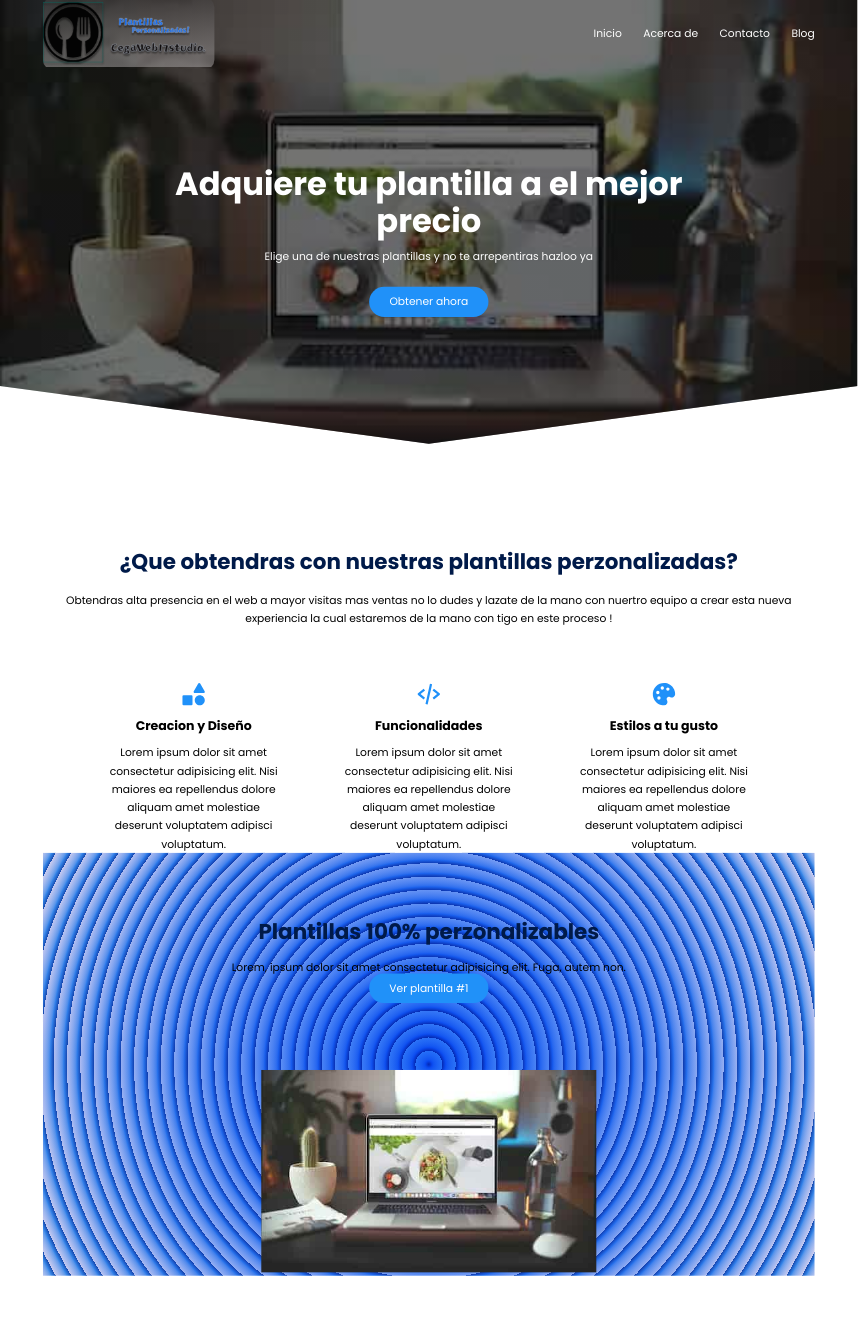
Repository: cega17/una-pagina-web
Page: index.html
These files come from the project's save history. The page is drawn as it stood at one moment and after the next save; the edit follows.
The browser window is 1280 px wide. The pictures show the whole page, at 67% of full size.

Above is the page before, as saved 2023-10-30 00:08:11.

### index.html
<!DOCTYPE html>
<html lang="en">
<head>
    <meta charset="UTF-8">
    <meta http-equiv="X-UA-Compatible" content="IE=edge">
    <meta name="viewport" content="width=device-width, initial-scale=1.0">
    <title>Una pagina web</title>
    <link rel="stylesheet" href="./css/normalize.css">
    <link rel="stylesheet" href="./css/styles.css">
    <link rel="icon" href="./imgs/logo.ico">
    <meta name="theme-color" content="#2091F9">

    <meta name="title" content="Obten la plantilla para tu negocio">
    <meta name="description"
        content="Hola, somos un equipo de desarrollo web que verás cuando busques algo de mi temática en Google.">
        <meta property="og:type" content="website">
    <meta property="og:url" content="Tu cueta donde este alojada la pagina web">

</head>
<body>

    <header class="hero">
        <nav class="nav container">
            <div class="nav__logo">
                <img src="./imgs/logo.ico" alt="" class="nav__title">
            </div>

            <ul class="nav__link nav__link--menu">
                <li class="nav__items">Inicio</li>
                <li class="nav__items">Acerca de</li>
                <li class="nav__items">Contacto</li>
                <li class="nav__items">Blog</li>

                <img src="./imgs/close.svg" alt="" class="nav__close">

            </ul>
            <div class="nav__menu">
                <img src="./imgs/menu.svg" alt="" class="nav__img">
            </div>
        </nav>

        <section class="hero__container container">
            <h1 class="hero__title">Adquiere tu plantilla a el mejor precio</h1>
            <p class="hero__paragraph">Elige una de nuestras plantillas y no te arrepentiras hazloo ya</p>
            <a href="#" class="cta">Obtener ahora</a>

        </section>

    </header>

    <main>

        <section class="container about">
            <h2 class="subtitle">¿Que obtendras con nuestras plantillas perzonalizadas?</h2>

            <p class="about__paragraph">Obtendras alta presencia en el web a mayor visitas mas ventas no lo dudes y lazate de la mano con nuertro equipo a crear esta nueva experiencia la cual estaremos de la mano con tigo en este proceso !
            </p>

            <div class="about__main">

                <article class="about__icons">
                    <img src="./imgs/shapes.svg" alt="" class="about__icon">
                    <h3 class="about__title">Creacion y Diseño</h3>
                    <p class="about__paragraph">Lorem ipsum dolor sit amet consectetur adipisicing elit. Nisi maiores ea repellendus dolore aliquam amet molestiae deserunt voluptatem adipisci voluptatum.</p>
                </article>

                <article class="about__icons">
                    <img src="./imgs/code.svg" alt="" class="about__icon">
                    <h3 class="about__title">Funcionalidades</h3>
                    <p class="about__paragraph">Lorem ipsum dolor sit amet consectetur adipisicing elit. Nisi maiores ea repellendus dolore aliquam amet molestiae deserunt voluptatem adipisci voluptatum.</p>
                </article>

                <article class="about__icons">
                    <img src="./imgs/paint.svg" alt="" class="about__icon">
                    <h3 class="about__title">Estilos a tu gusto </h3>
                    <p class="about__paragraph">Lorem ipsum dolor sit amet consectetur adipisicing elit. Nisi maiores ea repellendus dolore aliquam amet molestiae deserunt voluptatem adipisci voluptatum.</p>
                </article>

            </div>

            <section class="knowledge">
                <div class="knowledge__container container">
                    <div class="knowledge__texts">
                        <h2 class="subtitle">Plantillas 100% perzonalizables</h2>
                        <p class="knowledge__paragraph">Lorem, ipsum dolor sit amet consectetur adipisicing elit. Fuga, autem non.</p>
                        <a href="" class="cta">Ver plantilla #1</a>
                    </div>
                </div>
                <figure class="knowledge__picture">
                    <img src="./imgs/fondo-una-pagina.jpg" class="knowledge__img" alt="">

                </figure>
            </section>
        </section>
    </main>

</body>
</html>

### css/styles.css
@import url('https://fonts.googleapis.com/css2?family=Poppins:wght@300;400;600;700&display=swap');

:root {
    --padding-container: 100px 0;
    --color-title: #001A49;
}

body {
    font-family: 'Poppins', sans-serif;
}
.container{
    width: 90%;
    max-width: 1200px;
    margin: 0 auto;
    overflow: hidden;
    padding: var(--padding-container);
}

.hero{

    width: 100%;
    height: 100vh;
    min-height: 600px;
    max-height: 800px;
    position: relative;
    display: grid;
    grid-template-rows: 100px 1fr;
    color: #fff;
}

.hero::before{
    content: "";
    position: absolute;
    top: 0;
    left: 0;
    width: 100%;
    height: 100%;
    background-image: linear-gradient(180deg, #0000008c 0%, #0000008c 100%), url('../imgs/fondo-una-pagina.jpg');
    background-size: cover;
    clip-path: polygon(0 0, 100% 0, 100% 80%, 50% 92%, 0 80%);
    z-index: -1;
}

/* Inicio de nav*/

.nav{
    --padding-container:0;
    height: 100%;
    display:flex;
    align-items: center;
}
.nav__title{
    font-weight: 300;
}

.nav__link{
    margin-left: auto;
    padding: 0;
    display: grid;
    grid-auto-flow: column;
    grid-auto-columns: max-content;
    gap: 2em;
}
.nav__items{
    list-style: none;
}
.nav__links{
    color:#fff;
    text-decoration: none;
}
.nav__menu{
    margin-left: auto;
    cursor: pointer;
    display:none;
}
.nav__img{
    display: block;
    width: 30px;
}
.nav__close{
    display: var(--show, none);
}

/* fin de nav */

/* Inicio hero container */

.hero__container{
    max-width: 800px;
    --padding-container:0;
    display: grid;
    grid-auto-rows: max-content;
    align-content: center;
    gap: 1em;
    padding-bottom: 100px;
    text-align: center;
}
.nav__logo{
    background:linear-gradient(180deg, #4441418c 0%, #aeaaaa84 100%);
    border-radius:15px;


}
.hero__title{
    font-size: 3rem;

}
.hero__paragraph{
    margin-bottom: 20px;

}
.cta{
    display: inline-block;
    background-color: #2091f9;
    justify-self: center;
    color:#fff;
    text-decoration: none;
    padding:13px 30px ;
    border-radius: 32px;
}

/* Inicio about */

.about{
    text-align: center;
}
.subtitle{
    color: var( --color-title);
    font-size: 2rem;
    margin-bottom: 25px;
}
.about__paragraph{
    line-height: 1.7;
}
.about__main{
    padding-top: 80px;
    display: grid;
    width: 90%;
    margin: 0 auto;
    gap: 1em;
    overflow: hidden;
    grid-template-columns: repeat(auto-fit, minmax(260px, auto));
}
.about__icons{
    display: grid;
    gap: 1em;
    justify-items: center;
    width: 260px;
    overflow: hidden;
    margin: 0 auto;
}
.about__icon{
    width: 40px;
}

/* Fin about */

/* Inicio knowledge */

.knowledge{
    background-color: #e5e5f7;
    background-image: radial-gradient(circle at center center, #2478ff, #e5e5f7), repeating-radial-gradient(circle at center center, #1e5fba, #44a9f7, 10px, transparent 20px, transparent 10px);
    background-blend-mode: multiply;
    overflow: hidden;
}

### imgs/close.svg
<svg xmlns="http://www.w3.org/2000/svg" width="24" height="24" viewBox="0 0 24 24" style="fill: #fff);transform: ;msFilter:;"><path d="M12 2C6.486 2 2 6.486 2 12s4.486 10 10 10 10-4.486 10-10S17.514 2 12 2zm4.207 12.793-1.414 1.414L12 13.414l-2.793 2.793-1.414-1.414L10.586 12 7.793 9.207l1.414-1.414L12 10.586l2.793-2.793 1.414 1.414L13.414 12l2.793 2.793z"></path></svg>

### imgs/menu.svg
<svg xmlns="http://www.w3.org/2000/svg" width="24" height="24" viewBox="0 0 24 24" style="fill: #fff);transform: ;msFilter:;"><path d="M4 6h16v2H4zm4 5h12v2H8zm5 5h7v2h-7z"></path></svg>

### imgs/shapes.svg
<svg xmlns="http://www.w3.org/2000/svg" width="24" height="24" viewBox="0 0 24 24" style="fill: #2091f9;transform: ;msFilter:;"><path d="M17.867 2.504c-.355-.624-1.381-.623-1.736 0l-3.999 7A1 1 0 0 0 13 11h8a1.001 1.001 0 0 0 .868-1.496l-4.001-7zM3 22h7a1 1 0 0 0 1-1v-7a1 1 0 0 0-1-1H3a1 1 0 0 0-1 1v7a1 1 0 0 0 1 1zm14.5-9c-2.481 0-4.5 2.019-4.5 4.5s2.019 4.5 4.5 4.5 4.5-2.019 4.5-4.5-2.019-4.5-4.5-4.5z"></path></svg>

### imgs/code.svg
<svg xmlns="http://www.w3.org/2000/svg" width="24" height="24" viewBox="0 0 24 24" style="fill:  #2091f9;transform: ;msFilter:;"><path d="m7.375 16.781 1.25-1.562L4.601 12l4.024-3.219-1.25-1.562-5 4a1 1 0 0 0 0 1.562l5 4zm9.25-9.562-1.25 1.562L19.399 12l-4.024 3.219 1.25 1.562 5-4a1 1 0 0 0 0-1.562l-5-4zm-1.649-4.003-4 18-1.953-.434 4-18z"></path></svg>

### imgs/paint.svg
<svg xmlns="http://www.w3.org/2000/svg" width="24" height="24" viewBox="0 0 24 24" style="fill:  #2091f9;transform: ;msFilter:;"><path d="M9.38 21.646A9.985 9.985 0 0 0 12 22l.141-.001a2.998 2.998 0 0 0 2.515-1.425c.542-.876.6-1.953.153-2.88l-.198-.415c-.453-.942-.097-1.796.388-2.281.485-.485 1.341-.841 2.28-.388h.001l.413.199a2.99 2.99 0 0 0 2.881-.153A2.997 2.997 0 0 0 22 12.141a9.926 9.926 0 0 0-.353-2.76c-1.038-3.827-4.353-6.754-8.246-7.285-3.149-.427-6.241.602-8.471 2.833S1.666 10.247 2.096 13.4c.53 3.894 3.458 7.208 7.284 8.246zM15.5 6a1.5 1.5 0 1 1 0 3 1.5 1.5 0 0 1 0-3zm-5-1a1.5 1.5 0 1 1 0 3 1.5 1.5 0 0 1 0-3zM9 15.506a1.5 1.5 0 1 1-3 0 1.5 1.5 0 0 1 3 0zm-2.5-6.5a1.5 1.5 0 1 1-.001 3.001A1.5 1.5 0 0 1 6.5 9.006z"></path></svg>

Loaded but not shown: css/normalize.css (library)

After the next save:
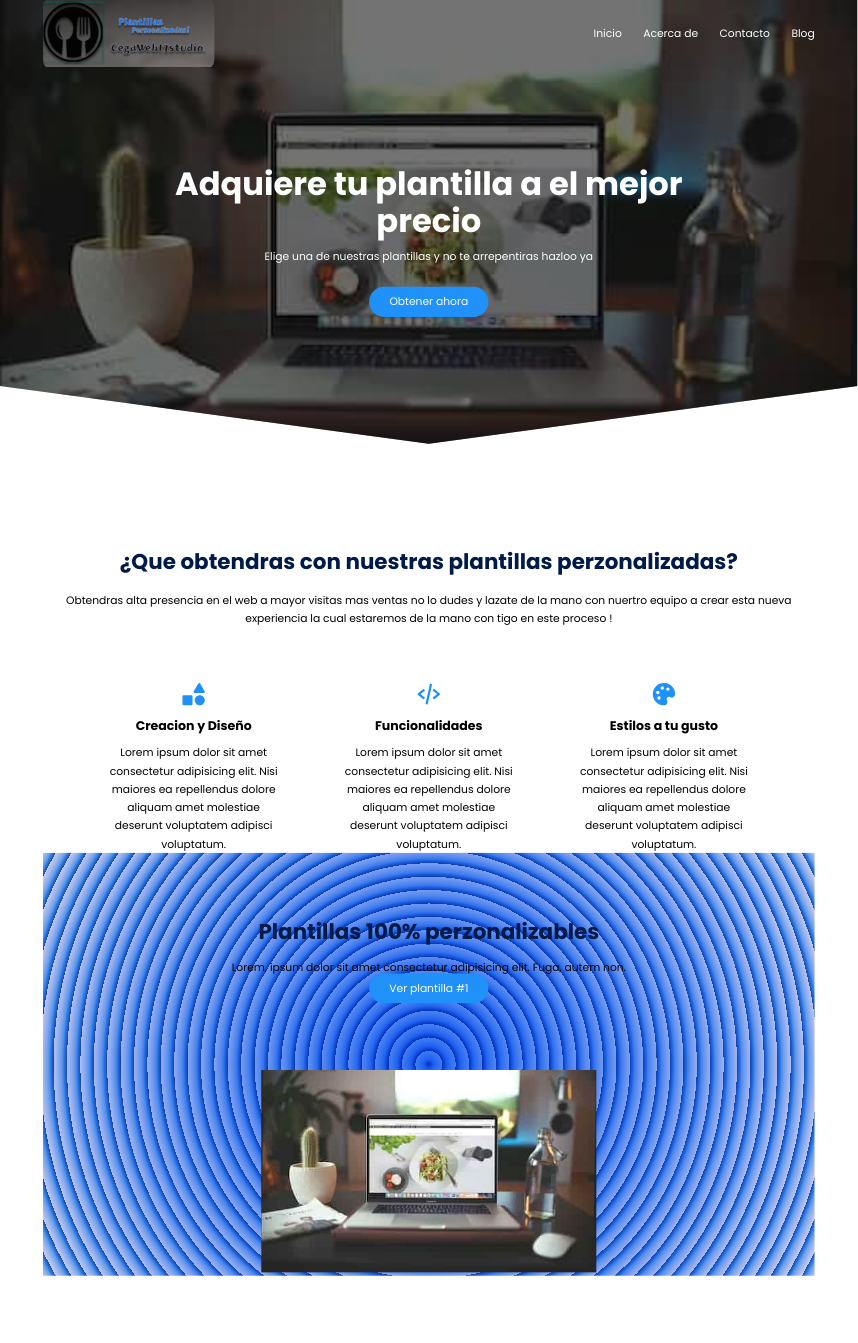
Saved 5 s later.
--- a/css/styles.css
+++ b/css/styles.css
@@ -159,7 +159,7 @@ body {
 
 .knowledge{
     background-color: #e5e5f7;
-    background-image: radial-gradient(circle at center center, #2478ff, #e5e5f7), repeating-radial-gradient(circle at center center, #1e5fba, #44a9f7, 10px, transparent 20px, transparent 10px);
+    background-image: radial-gradient(circle at center center, #3d86fc, #e5e5f7), repeating-radial-gradient(circle at center center, #1e5fba, #44a9f7, 10px, transparent 20px, transparent 10px);
     background-blend-mode: multiply;
     overflow: hidden;
 }
